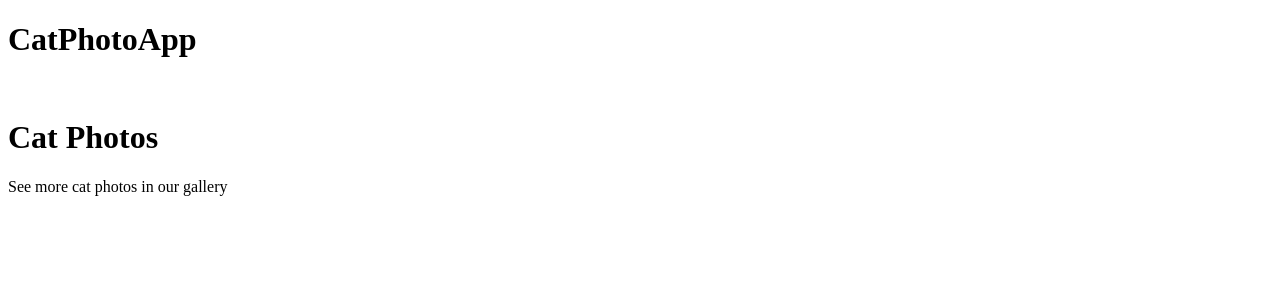
Repository: Lungdjos/cat_photo_app
Page: cat_photo_app/index.html
An editor plug-in stored every save of this project. The page is shown before and after the next save, followed by the edit.
The browser window is 1280 px wide. The pictures show the whole page.

Above is the page before, as saved 2023-08-29 12:53:56.

After the next save:
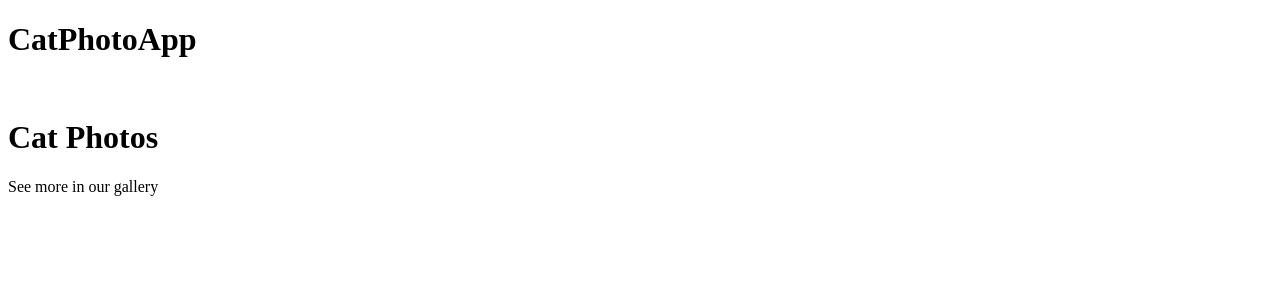
Saved 7 s later.
--- a/cat_photo_app/index.html
+++ b/cat_photo_app/index.html
@@ -12,7 +12,8 @@
     <br>
     <h1>Cat Photos</h1>
 
-    <p>See more cat photos in our gallery</p>
+    <p>See more
+        <a href=""></a> in our gallery</p>
 
 </body>
 
